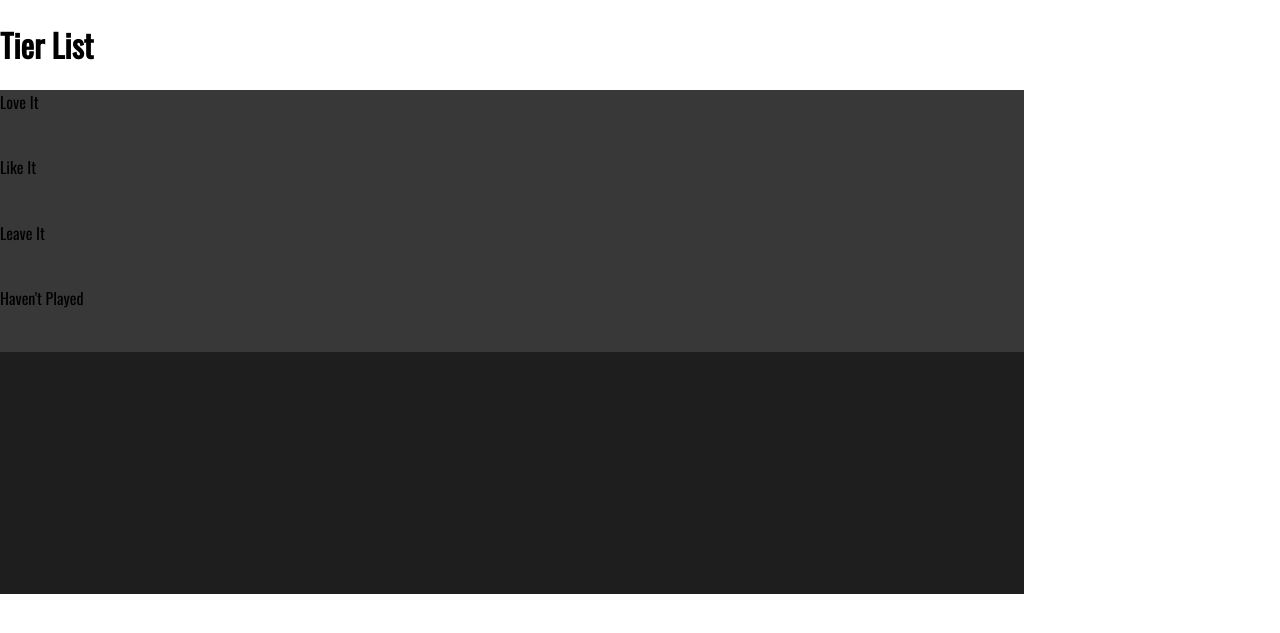
Repository: akiachenise/akiachenise.github.io
Page: JackboxGames_TierList_vanilla/index.html
These files come from the project's save history. The page is drawn as it stood at one moment and after the next save; the edit follows.
The browser window is 1280 px wide. The pictures show the whole page.

Above is the page before, as saved 2022-11-26 13:55:55.

After the next save:
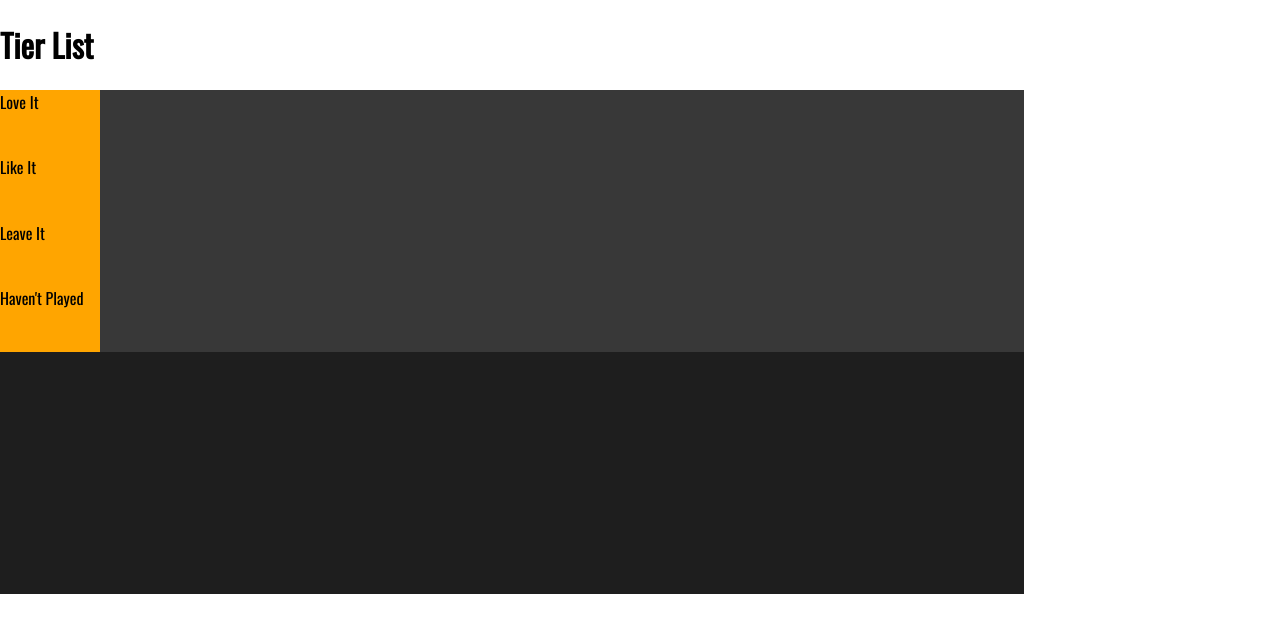
Saved 2 min 49 s later.
--- a/JackboxGames_TierList_vanilla/css/stylesheet.css
+++ b/JackboxGames_TierList_vanilla/css/stylesheet.css
@@ -13,6 +13,10 @@ body {
     width: 100%;
     height: 13%;
     background-color: rgb(56, 56, 56);
+}
 
-
+.label {
+    height: 100%;
+    width: 100px;
+    background-color: orange;
 }
